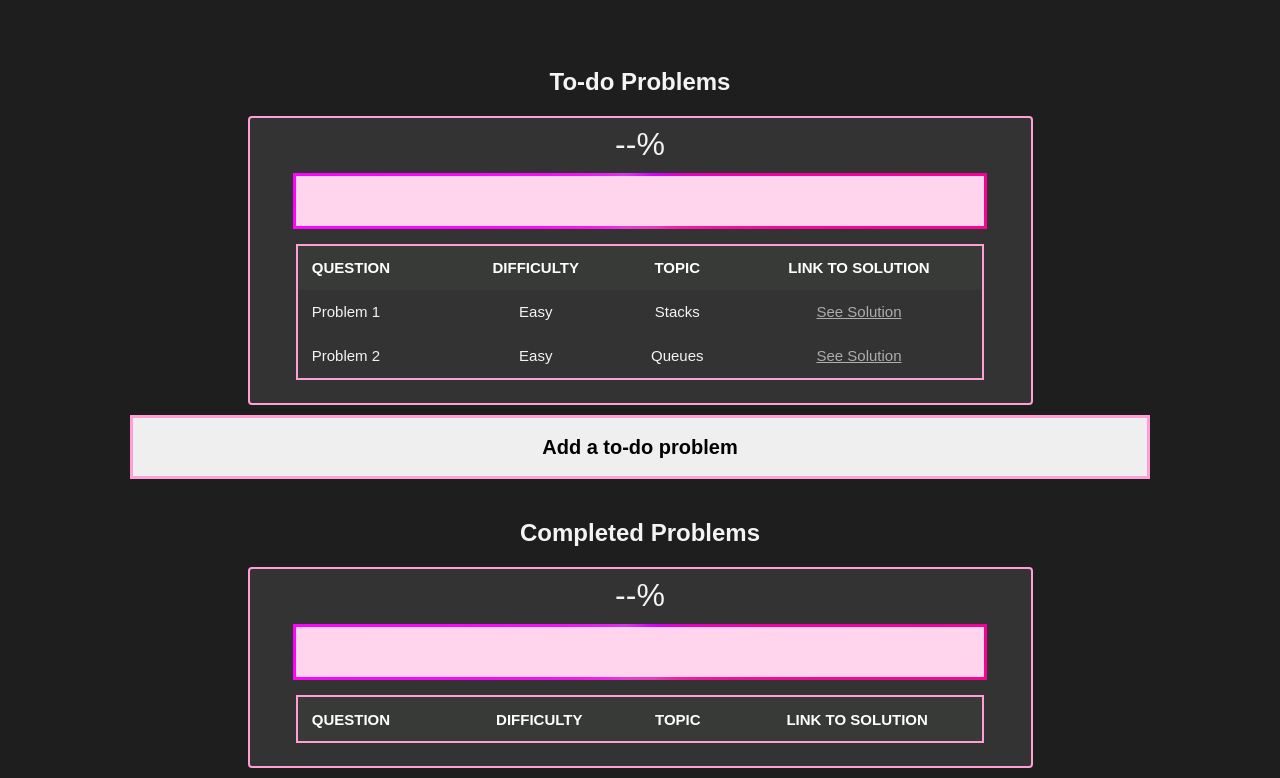
Repository: bbrockbrown/leet-code-tracker
Page: index.html
These files come from the project's save history. The page is drawn as it stood at one moment and after the next save; the edit follows.
The browser window is 1280 px wide. The pictures show the whole page.

Above is the page before, as saved 2024-07-30 21:29:53.

### index.html
<!DOCTYPE html>
<html lang="en">
<head>
    <meta charset="UTF-8">
    <meta name="viewport" content="width=device-width, initial-scale=1.0">
    <link rel="stylesheet" href="styles.css">
    <script>src="script.js"</script>
    <title>Document</title>
</head>
<body>
    <div class="main">
        <h1 id="header">Leet Code Problem Tracker</h1>
    </div>

    <div class="tracking-container">
        <div class="tracking-box">
            <h2 class="tracking-title">To-do Problems</h2>
            <div class="todo-tracking">
                <div class="todo-percent">--%</div>
                <div class="progressbar" id="todo-bar"> <!--% Container for progressbar --> </div>
                <table>
                    <tbody>
                        <tr>
                            <th>Question</th>
                            <th>Difficulty</th>
                            <th>Topic</th>
                            <th>Link to Solution</th>
                        </tr>
                        <tr>
                            <td>Problem 1</td>
                            <td class="easy-prob">Easy</td>
                            <td class="topic">Stacks</td>
                            <td class="solution"><a href="">See Solution</a></td>
                        </tr>
                        <tr>
                            <td>Problem 2</td>
                            <td class="easy-prob">Easy</td>
                            <td class="topic">Queues</td>
                            <td class="solution"><a href="">See Solution</a></td>
                        </tr>
                    </tbody>
                </table>
            </div>
            <button id="add-problem-button"><h2>Add a to-do problem</h2></button>
        </div>

        <div class="tracking-box">
            <h2 class="tracking-title">Completed Problems</h2>
            <div class="completed-tracking">
                <div class="completed-percent">--%</div>
                <div class="progressbar" id="completed-bar"> <!--% Container for progressbar --> </div>
                <table>
                    <tbody>
                        <tr>
                            <th>Question</th>
                            <th>Difficulty</th>
                            <th>Topic</th>
                            <th>Link to Solution</th>
                        </tr>
                        <!-- Completed problems rows go here -->
                    </tbody>
                </table>
            </div>
        </div>
    </div>

    <div class="footer">
        <!-- Placeholder!!! -->
    </div>
</body>
</html>

### styles.css
:root {
    --tracking-border-color: rgb(255, 159, 213);
}

@keyframes rotate {
	to {
		--angle: 360deg;
	}
}

@property --angle {
  syntax: '<angle>';
  initial-value: 0deg;
  inherits: false;
}

html, body {
    height: 100%;
    display: flex;
    flex-direction: column;
  }

head {
    display: none;
}

body {
    font-family: Arial, sans-serif;
    background: #1e1e1e;
    margin: 0;
    padding: 0;
    color: #f4f4f4;
    overflow: hidden;
    font-size: 90%;
}

.main {
    text-align: center;
    padding: 24px;
    overflow: hidden;
}

#header {
    font-size: 48px;
    overflow: hidden;
}

.tracking-titles {
    display: flex;
    padding: 8px;
    justify-content: space-around;
}

.tracking-container {
    display: flex;
    flex-flow: row wrap;
    align-items: flex-start;
    justify-content: space-evenly;
    height: 100%;
}

.tracking-box {
    display: flex;
    flex-flow: column nowrap;
    text-align: center;
    margin-bottom: 20px;
}

.tracking-title {
    font-size: 24px;
    margin-bottom: 10px;
    color: #f4f4f4;
}

.todo-tracking, .completed-tracking {
    border: 2px solid var(--tracking-border-color);
    border-radius: 4px;
    font-size: 32px;
    text-align: center;
    box-shadow: 8px rgb(255, 159, 213, 0.8);
    height: 100%;
    width: 1000px;
    padding: 8px;
    background-color: #333;
    margin: 10px auto;
    display: inline-block;
    max-width: 75%;
    max-height: 85%;
    overflow-y: auto;
    color: #f4f4f4;
}

.todo-tracking:hover, .completed-tracking:hover {
    filter: brightness(85%);
}

/* progress bar fills more as more complete */
.progressbar {
    width: 90%;
    height: 50px;
    border-radius: 8px;
    background-color: rgb(255, 212, 236);
    margin: 10px auto;
    --angle: 0deg;
    /* FOR FUTURE: make it so user can change border gradient */
    --very-pink: rgb(249, 0, 141);
    --pink: rgb(233, 58, 183);
    --pinkish-purple: rgb(233, 58, 210);
    --magenta: magenta;
    --purple: rgb(213, 58, 233);
    --very-purple: rgb(212, 0, 255);
	border: 3px solid;
	border-image: conic-gradient(from var(--angle), var(--very-pink), var(--pink), var(--pinkish-purple), var(--magenta), var(--purple), var(--very-purple), var(--very-pink)) 1;
	animation: 4s rotate linear infinite;
}

table {
    width: 90%;
    display: table;
    margin: 15px auto;
    border-collapse: collapse;
    transition: box-shadow 0.3s ease-in-out;
    border: 2px solid var(--tracking-border-color);
    border-radius: 10px;
    box-shadow: #1e1e1e;
}

tbody {
    display: table-row-group;
    vertical-align: middle;
    unicode-bidi: isolate;
    border-color: inherit;
    font-size: 15px;
}

tr {
    display: table-row;
    vertical-align: inherit;
    unicode-bidi: isolate;
    border-color: inherit;
}

th {
    color: white;
    text-transform: uppercase;
    background-color: #373a37;
}

th:first-child, td:first-child {
    text-align: left;
}

th, td {
    padding: 8px 14px;
    transition: background-color 0.5s;
    height: 28px;
    border: 0px;
    white-space: nowrap;
}

a {
    text-decoration:underline;
    color: inherit;
}

a:visited {
    color: rgb(173, 173, 173);
}

button {
    border: 3px solid var(--tracking-border-color);
    border-radius: inherit;
}

After the next save:
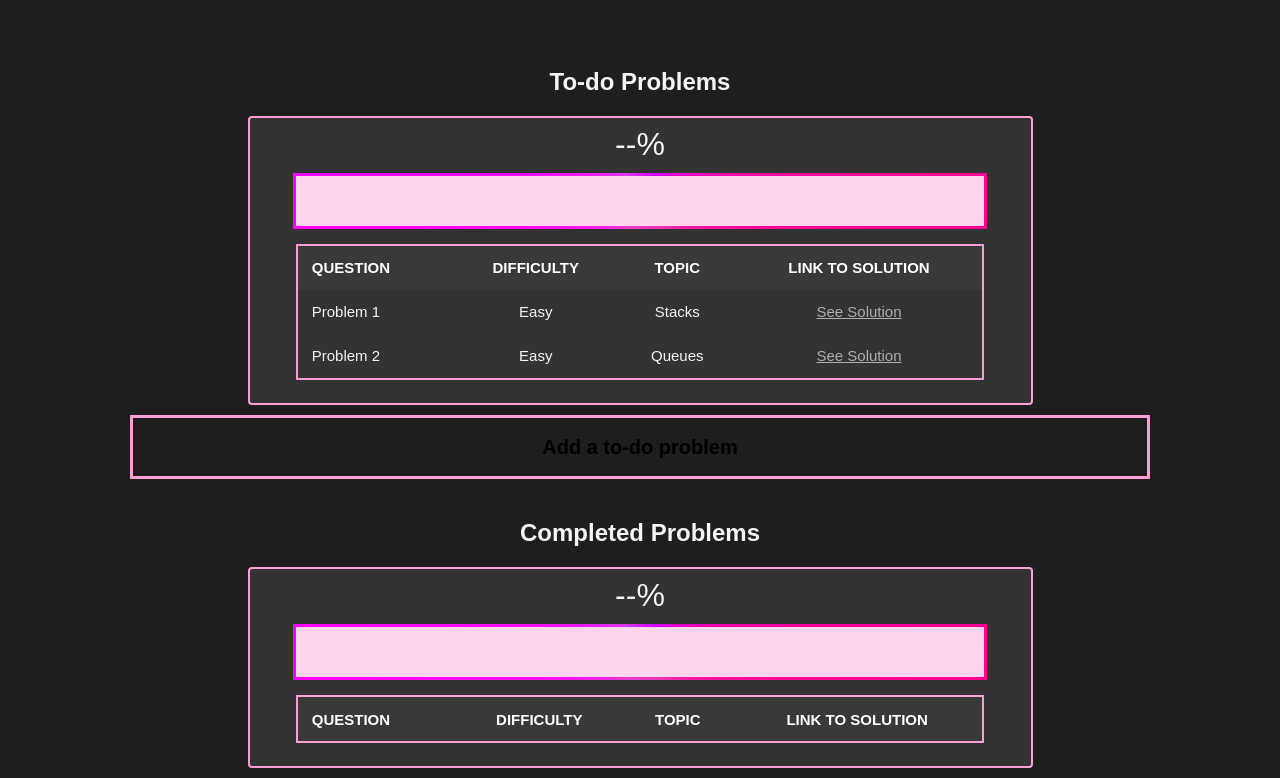
Saved 16 s later.
--- a/styles.css
+++ b/styles.css
@@ -170,4 +170,5 @@
 button {
     border: 3px solid var(--tracking-border-color);
     border-radius: inherit;
+    background-color: inherit;
 }

After the 2 saves that followed:
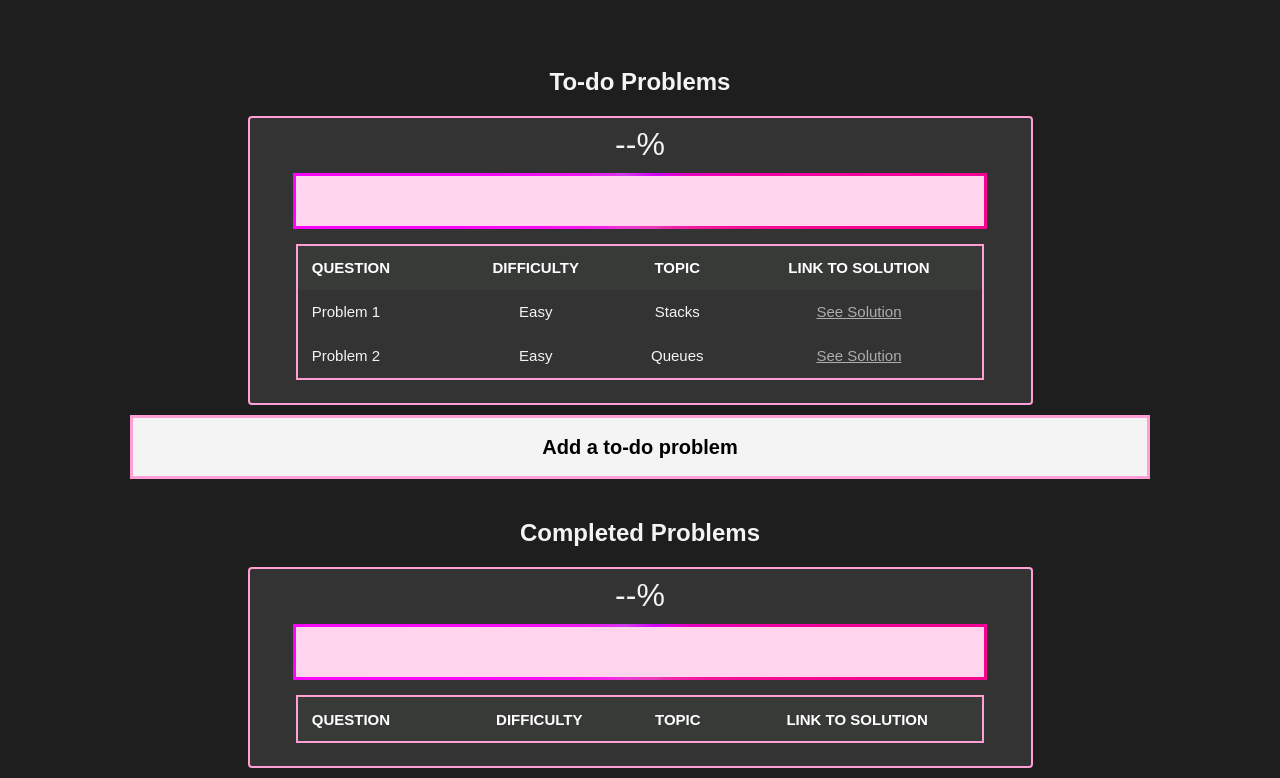
The 2 saves are shown as one change because they came seconds apart.
The last was saved 24 s later.
--- a/styles.css
+++ b/styles.css
@@ -170,5 +170,5 @@
 button {
     border: 3px solid var(--tracking-border-color);
     border-radius: inherit;
-    background-color: inherit;
+    background-color: #f4f4f4;
 }
